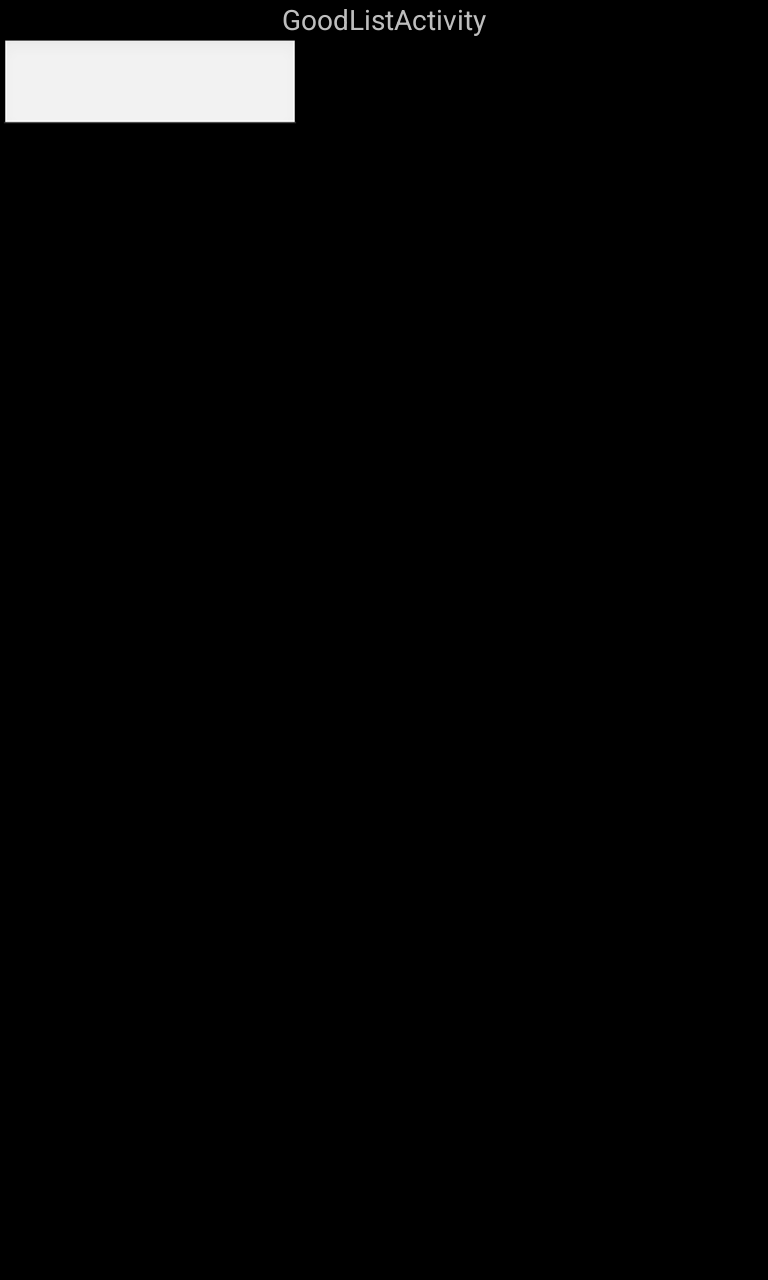
Repository: jcyfkimi/Android-TaoTao
Layout: TaoTao/res/layout/buyergoodlist.xml
An editor plug-in stored every save of this project. The layout is shown before and after the next save, followed by the edit.
It is drawn on a 768 x 1280 px phone screen (xhdpi) without system bars, with theme android:Theme; the app's code is not run. Lists and similar views that code fills are empty.

Above is the layout before, as saved 2011-09-15 06:46:09.

### TaoTao/res/layout/buyergoodlist.xml
<?xml version="1.0" encoding="utf-8"?>
<LinearLayout
  xmlns:android="http://schemas.android.com/apk/res/android"
  android:orientation="vertical"
  android:layout_width="match_parent"
  android:layout_height="match_parent">
    <TextView android:id="@+id/userinfo"
    	android:layout_width="wrap_content"
    	android:layout_height="wrap_content"
    	android:layout_gravity="center_horizontal"
    	android:text="GoodListActivity"
    	/>
   <LinearLayout xmlns:android="http://schemas.android.com/apk/res/android"
	    android:orientation="horizontal"
	    android:layout_width="wrap_content"
	    android:layout_height="wrap_content"
	    >
	    <EditText android:id="@+id/searchtxt"
	    	android:layout_width="150dip"
	    	android:layout_height="wrap_content"/>
	    </LinearLayout>
    <ListView android:id="@+id/goodslist"
    	android:layout_width="fill_parent"
    	android:layout_height="wrap_content"
    	android:scrollbars="vertical"
    	></ListView>
</LinearLayout>

After the next save:
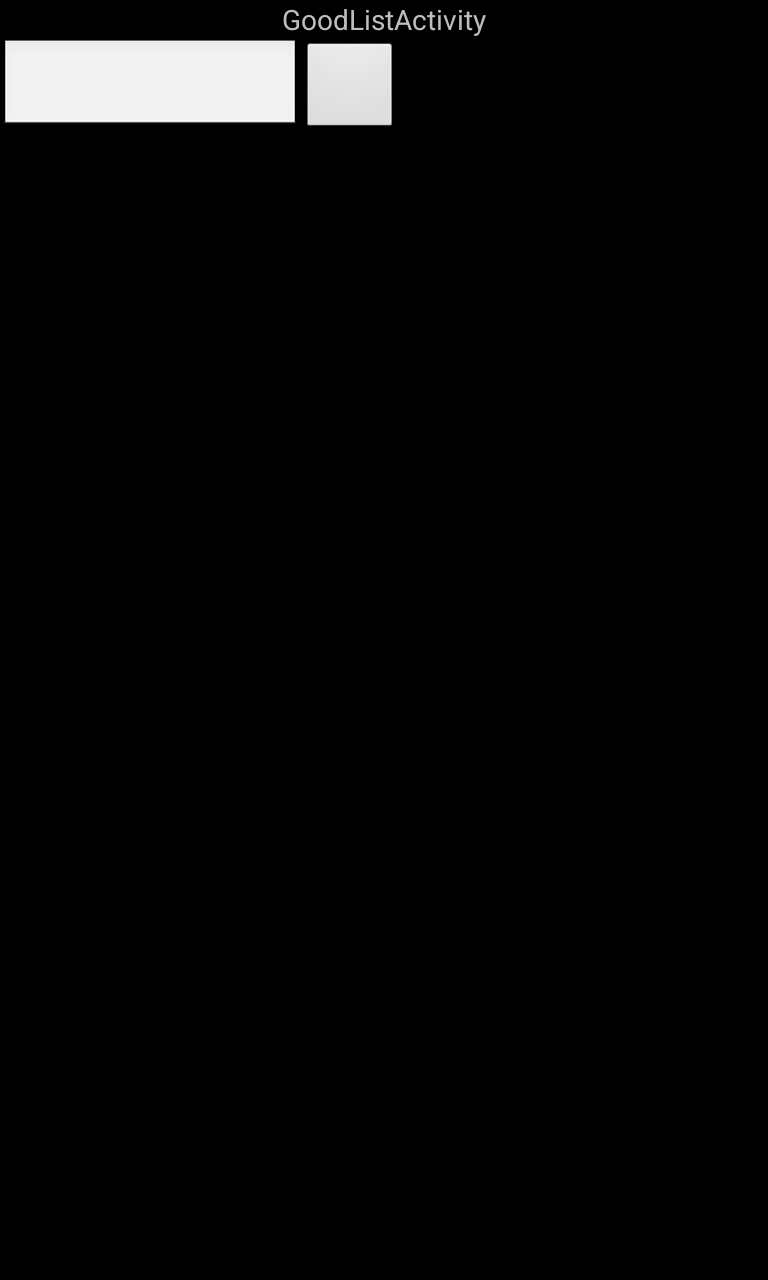
Saved 3 min 3 s later.
--- a/TaoTao/res/layout/buyergoodlist.xml
+++ b/TaoTao/res/layout/buyergoodlist.xml
@@ -17,6 +17,10 @@
 	    >
 	    <EditText android:id="@+id/searchtxt"
 	    	android:layout_width="150dip"
+	    	android:layout_height="wrap_content"
+	    	/>
+	    <Button android:id="@+id/searchbtn"
+	    	android:layout_width="50dip"
 	    	android:layout_height="wrap_content"/>
 	    </LinearLayout>
     <ListView android:id="@+id/goodslist"
